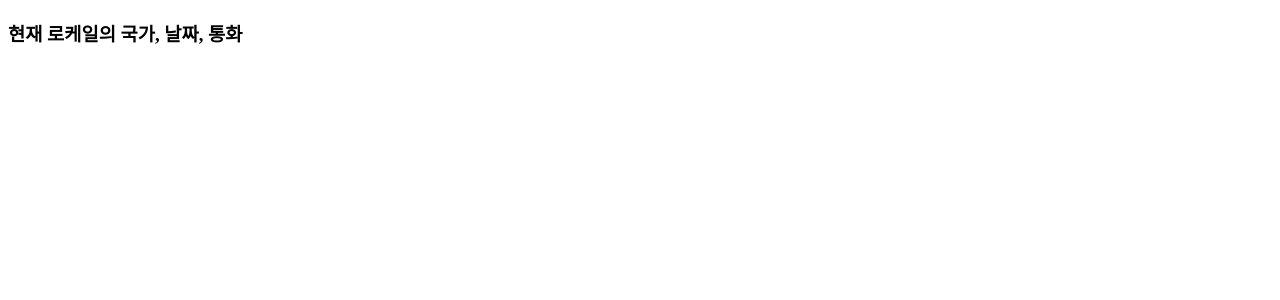
Repository: lhj257/jspwrokspace
Page: http://localhost/JSPBook/ch09/locale01.jsp
These files come from the project's save history. The page is drawn as it stood at one moment and after the next save; the edit follows.
The browser window is 1280 px wide. The pictures show the whole page.
The page is served by Tomcat 9. Nobody is signed in. The application's start-up code is not run.

Above is the page before, as saved 2023-08-29 06:15:39.

After the next save:
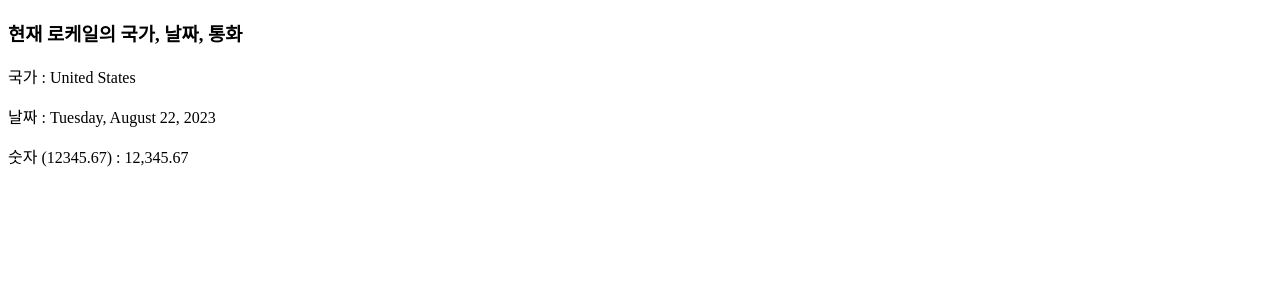
Saved 2 min 9 s later.
--- a/JSPBook/src/main/webapp/ch09/locale01.jsp
+++ b/JSPBook/src/main/webapp/ch09/locale01.jsp
@@ -1,3 +1,4 @@
+<%@page import="java.text.NumberFormat"%>
 <%@page import="java.util.Date"%>
 <%@page import="java.text.DateFormat"%>
 <%@page import="java.util.Locale"%>
@@ -15,6 +16,10 @@
 	Locale locale=request.getLocale();
 	Date currentDate=new Date();
 	DateFormat dateFormat = DateFormat.getDateInstance(DateFormat.FULL,locale);
+	NumberFormat numberFormat=NumberFormat.getNumberInstance(locale);
 %>
+<p> 국가 : <%=locale.getDisplayCountry() %>
+<p> 날짜 : <%=dateFormat.format(currentDate) %>
+<p> 숫자 (12345.67) : <%=numberFormat.format(12345.67) %>
 </body>
 </html>
